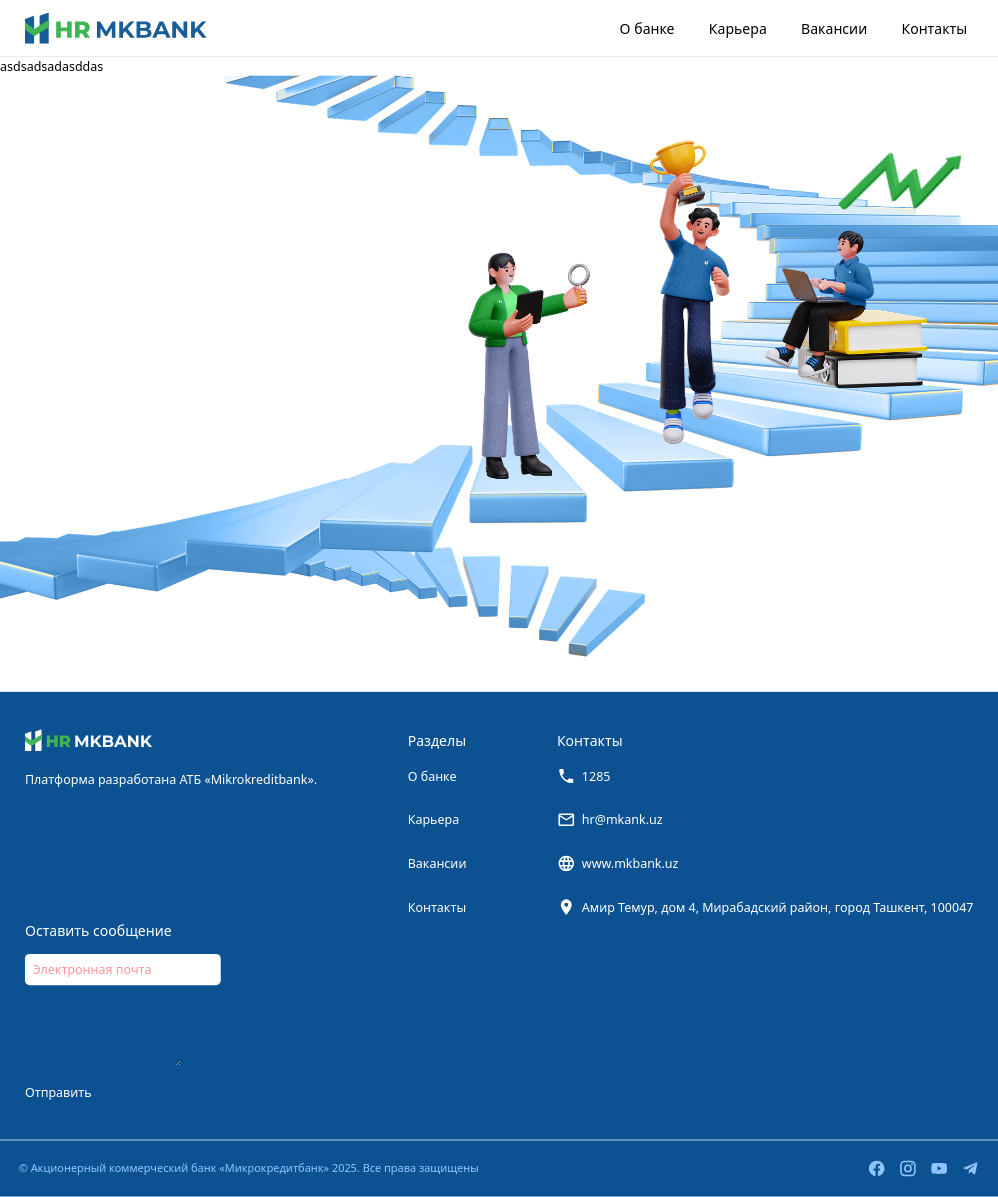
Repository: Albert24-Front-end/hr_mkbank-main
Page: /
An editor plug-in stored every save of this project. The page is shown before and after the next save, followed by the edit.
The browser window is 1280 px wide. The pictures show the whole page, at 78% of full size.
The project was rebuilt for these pictures with package versions that can differ from the ones it lists, and the page was loaded fresh each time. Also part of the build but not shown: vite.config.js.

Above is the page before, as saved 2025-05-07 14:34:23.

### index.html
<!DOCTYPE html>
<html lang="">
  <head>
    <meta charset="UTF-8">
    <link rel="icon" href="/favicon.ico">
    <meta name="viewport" content="width=device-width, initial-scale=1.0">
    <title>HR MKBank</title>
  </head>
  <body>
    <div id="app"></div>
    <script type="module" src="/src/main.js"></script>
  </body>
</html>

### src/main.js
import '@/styles/main.css'

import { createApp } from 'vue'
import { introducePlugins } from './plugins'
import App from '@/App.vue'

const app = createApp(App)

introducePlugins(app)

app.mount('#app')

### src/plugins/index.js
import { createPinia } from 'pinia'
import router from '@/router'

export function introducePlugins(app) {
    app
    .use(createPinia())
    .use(router)
}

### src/App.vue
<script setup>
import { RouterLink, RouterView } from 'vue-router'
import AppBar from './components/AppBar.vue'
import AppFooter from './components/AppFooter.vue'

</script>

<template>
  <!-- <header>
    <img alt="Vue logo" class="logo" src="@/assets/logo.svg" width="125" height="125" />

    <div class="wrapper">
      <HelloWorld msg="You did it!" />

      <nav>
        <RouterLink to="/">Home</RouterLink>
        <RouterLink to="/about">About</RouterLink>
      </nav>
    </div>
  </header>

  <RouterView /> -->
  <AppBar/>
  <main>asdsadsadasddas
    <img src="./assets/pictures/intro-bg.png" alt="">
  </main>
  <AppFooter></AppFooter>
</template>

<style scoped>

</style>

### src/router/index.js
import { createRouter, createWebHistory } from 'vue-router'
import App from '@/App.vue'

const router = createRouter({
  history: createWebHistory(import.meta.env.BASE_URL),
  routes: [
    {
      path: '/',
      name: 'home',
      component: App,
    },
    {
      path: '/about',
      name: 'about',
      // route level code-splitting
      // this generates a separate chunk (About.[hash].js) for this route
      // which is lazy-loaded when the route is visited.
      // component: () => import(),
    },
  ],
})

export default router

### src/components/AppBar.vue
<script setup>
import { onBeforeMount, onMounted, ref } from 'vue';
    const isMenuOpen = ref(false);
    const toggleMenu = () => {
        isMenuOpen.value = !isMenuOpen.value;
    }
    const closeMenu = () =>{
        isMenuOpen.value = false;
    }
    const handleWidth = () =>{
        if(window.innerWidth >= 768) {
            closeMenu();
        }
    }
    onMounted(()=>{
        window.addEventListener('resize', handleWidth)
    });
    onBeforeMount(()=>{
        window.removeEventListener('resize', handleWidth)
    });
</script>

<template>
    <nav class="container w-full mx-auto px-4 sm:px-6 lg:px-8 py-4 border-b border-gray-200 flex justify-between items-center">
        <div class="flex items-center">
                <a href="/" aria-current="page"><img src="../assets/pictures/logo_2.svg" alt="logo" class="h-10 w-auto"></a>
        </div>
        <div class="desktop-menu hidden md:flex">
            <ul class=" w-full flex justify-between items-center gap-3 md:gap-5 lg:gap-7 text-base lg:text-lg">
                <li class="py-1 px-2 hover:cursor-pointer hover:bg-sky-100 rounded-lg"><a href="https://mkbank.uz/ru/about/">О банке</a></li>
                <li class="py-1 px-2 hover:cursor-pointer hover:bg-sky-100 rounded-lg"><a href="">Карьера</a></li>
                <li class="py-1 px-2 hover:cursor-pointer hover:bg-sky-100 rounded-lg"><a href="">Вакансии</a></li>
                <li class="py-1 px-2 hover:cursor-pointer hover:bg-sky-100 rounded-lg"><a href="">Контакты</a></li>
            </ul>
        </div>
        <div class="burger-menu-button md:hidden mt-2">
            <button @click="toggleMenu">
                <span><svg xmlns="http://www.w3.org/2000/svg" width="24" height="24" viewBox="0 0 24 24"><path fill="oklch(72.3% 0.219 149.579)" d="M3 6h18v2H3zm0 5h18v2H3zm0 5h18v2H3z"/></svg></span>
            </button>
        </div>
        <div class="mobile-menu  flex-column md-hidden absolute top-3 right-3 px-3 py-3 bg-slate-50" v-if="isMenuOpen">
            <button class="flex justify-self-end" @click="closeMenu">
                <span>
                    <svg xmlns="http://www.w3.org/2000/svg" width="24" height="24" viewBox="0 0 24 24"><path fill="oklch(72.3% 0.219 149.579)" d="M19 6.41L17.59 5L12 10.59L6.41 5L5 6.41L10.59 12L5 17.59L6.41 19L12 13.41L17.59 19L19 17.59L13.41 12z"/></svg>
                </span>
            </button>
            <ul class=" w-full flex-column justify-between items-center gap-3 md:gap-5 lg:gap-7 py-6 text-base lg:text-lg ">
                <li class="py-4 px-2 hover:cursor-pointer hover:bg-sky-100 rounded-lg font-xl"><a href="https://mkbank.uz/ru/about/">О банке</a></li>
                <li class="py-4 px-2 hover:cursor-pointer hover:bg-sky-100 rounded-lg font-xl"><a href="">Карьера</a></li>
                <li class="py-4 px-2 hover:cursor-pointer hover:bg-sky-100 rounded-lg font-xl"><a href="">Вакансии</a></li>
                <li class="py-4 px-2 hover:cursor-pointer hover:bg-sky-100 rounded-lg font-xl"><a href="">Контакты</a></li>
            </ul>
        </div>
    </nav>
</template>

<style scoped>

</style>

### src/components/AppFooter.vue
<script setup>

</script>

<template>
    <footer class="footer">
        <div class="container w-full mx-auto px-4 sm:px-6 lg:px-8 py-12 flex justify-between items-start flex-wrap">
            <div class="space-y-4 md:space-y-6">
                <a href="/" class="block"><img src="../assets/pictures/footer-logo.svg" alt="footer-logo"></a>
                <p class="text-base">Платформа разработана АТБ «Mikrokreditbank».</p>
            </div>
            <div>
                <h3 class="text-bold text-lg mb-4">Разделы</h3>
                <ul class="space-y-4 md:space-y-6 text-base">
                    <li class="hover:cursor-pointer hover:underline py-1"><a href="https://mkbank.uz/ru/about/">О банке</a></li>
                    <li class="hover:cursor-pointer hover:underline py-1"><a href="">Карьера</a></li>
                    <li class="hover:cursor-pointer hover:underline py-1"><a href="">Вакансии</a></li>
                    <li class="hover:cursor-pointer hover:underline py-1"><a href="">Контакты</a></li>
                </ul>
            </div>
            <div>
                <h3 class="text-bold text-lg mb-4">Контакты</h3>
                <ul class="space-y-4 md:space-y-6 text-base">
                    <li class="hover:cursor-pointer hover:underline py-1 flex gap-2">
                        <span><svg xmlns="http://www.w3.org/2000/svg" width="24" height="24" viewBox="0 0 24 24"><path fill="currentColor" d="M6.62 10.79c1.44 2.83 3.76 5.15 6.59 6.59l2.2-2.2c.28-.28.67-.36 1.02-.25c1.12.37 2.32.57 3.57.57a1 1 0 0 1 1 1V20a1 1 0 0 1-1 1A17 17 0 0 1 3 4a1 1 0 0 1 1-1h3.5a1 1 0 0 1 1 1c0 1.25.2 2.45.57 3.57c.11.35.03.74-.25 1.02z"/></svg></span>
                        <a class="" href="tel:1285">1285</a>
                    </li>
                    <li class="hover:cursor-pointer hover:underline py-1 flex gap-2">
                        <span><svg xmlns="http://www.w3.org/2000/svg" width="24" height="24" viewBox="0 0 24 24"><path fill="currentColor" d="M22 6c0-1.1-.9-2-2-2H4c-1.1 0-2 .9-2 2v12c0 1.1.9 2 2 2h16c1.1 0 2-.9 2-2zm-2 0l-8 5l-8-5zm0 12H4V8l8 5l8-5z"/></svg></span>
                        <a href="https://t.me/hrmkbank">hr@mkank.uz</a></li>
                    <li class="hover:cursor-pointer hover:underline py-1 flex gap-2">
                        <span><svg xmlns="http://www.w3.org/2000/svg" width="24" height="24" viewBox="0 0 24 24"><path fill="currentColor" d="M16.36 14c.08-.66.14-1.32.14-2s-.06-1.34-.14-2h3.38c.16.64.26 1.31.26 2s-.1 1.36-.26 2m-5.15 5.56c.6-1.11 1.06-2.31 1.38-3.56h2.95a8.03 8.03 0 0 1-4.33 3.56M14.34 14H9.66c-.1-.66-.16-1.32-.16-2s.06-1.35.16-2h4.68c.09.65.16 1.32.16 2s-.07 1.34-.16 2M12 19.96c-.83-1.2-1.5-2.53-1.91-3.96h3.82c-.41 1.43-1.08 2.76-1.91 3.96M8 8H5.08A7.92 7.92 0 0 1 9.4 4.44C8.8 5.55 8.35 6.75 8 8m-2.92 8H8c.35 1.25.8 2.45 1.4 3.56A8 8 0 0 1 5.08 16m-.82-2C4.1 13.36 4 12.69 4 12s.1-1.36.26-2h3.38c-.08.66-.14 1.32-.14 2s.06 1.34.14 2M12 4.03c.83 1.2 1.5 2.54 1.91 3.97h-3.82c.41-1.43 1.08-2.77 1.91-3.97M18.92 8h-2.95a15.7 15.7 0 0 0-1.38-3.56c1.84.63 3.37 1.9 4.33 3.56M12 2C6.47 2 2 6.5 2 12a10 10 0 0 0 10 10a10 10 0 0 0 10-10A10 10 0 0 0 12 2"/></svg></span>
                        <a href="https://mkbank.uz/">www.mkbank.uz</a></li>
                    <li class="hover:cursor-pointer hover:underline py-1 flex gap-2">
                        <span><svg xmlns="http://www.w3.org/2000/svg" width="24" height="24" viewBox="0 0 24 24"><path fill="currentColor" d="M12 11.5A2.5 2.5 0 0 1 9.5 9A2.5 2.5 0 0 1 12 6.5A2.5 2.5 0 0 1 14.5 9a2.5 2.5 0 0 1-2.5 2.5M12 2a7 7 0 0 0-7 7c0 5.25 7 13 7 13s7-7.75 7-13a7 7 0 0 0-7-7"/></svg></span>
                        <a href="https://www.google.com/maps/place/MKBANK/@41.3100777,69.2753101,17z/data=!3m1!4b1!4m6!3m5!1s0x38ae8ba594d8c345:0x7147eb21a3155320!8m2!3d41.3100737!4d69.277885!16s%2Fg%2F11jsf6rjyd?entry=ttu&g_ep=EgoyMDI1MDQzMC4xIKXMDSoASAFQAw%3D%3D">Амир Темур, дом 4, Мирабадский район, город Ташкент, 100047</a></li>
                </ul>
            </div>
            <div>
                <h3 class="text-bold text-lg mb-4">Оставить сообщение</h3>
                <form class="space-y-4">
                    <div class="w-full inline-flex items-center rounded-md  bg-white">
                        <input type="email" value placeholder="Электронная почта" class="w-full rounder-md border-0 px-2.5 py-2 focus:outline-none bg-default text-base text-red-500 disabled:cursor-not-allowed disabled:opacity-75">
                    </div>
                    <div><input type="text"></div>
                    <div><textarea name="" id=""></textarea></div>
                    <button type="button">Отправить</button>
                </form>
            </div>
        </div>
        <div class="w-full flex justify-center items-center text-center" data-orientation="horizontal" role="separator">
            <div class="w-full border-gray-200 border-solid border-b"></div>
        </div>
        <div class="container w-full mx-auto flex flex-col md:flex-row justify-between items-center px-6 py-6 text-sm text-blue-300">
            <span class="text-center md:text-left">&copy; Акционерный коммерческий банк «Микрокредитбанк» 2025. Все права защищены</span>
            <div class="social-links flex gap-4 mt-4 md:mt-0">
                <span><a href="https://www.facebook.com/mkbank.uz"><svg xmlns="http://www.w3.org/2000/svg" width="24" height="24" viewBox="0 0 24 24"><path fill="currentColor" d="M12 2.04c-5.5 0-10 4.49-10 10.02c0 5 3.66 9.15 8.44 9.9v-7H7.9v-2.9h2.54V9.85c0-2.51 1.49-3.89 3.78-3.89c1.09 0 2.23.19 2.23.19v2.47h-1.26c-1.24 0-1.63.77-1.63 1.56v1.88h2.78l-.45 2.9h-2.33v7a10 10 0 0 0 8.44-9.9c0-5.53-4.5-10.02-10-10.02"/></svg></a></span>
                <span><a href="https://www.instagram.com/mkbank.uz"><svg xmlns="http://www.w3.org/2000/svg" width="24" height="24" viewBox="0 0 24 24"><path fill="currentColor" d="M7.8 2h8.4C19.4 2 22 4.6 22 7.8v8.4a5.8 5.8 0 0 1-5.8 5.8H7.8C4.6 22 2 19.4 2 16.2V7.8A5.8 5.8 0 0 1 7.8 2m-.2 2A3.6 3.6 0 0 0 4 7.6v8.8C4 18.39 5.61 20 7.6 20h8.8a3.6 3.6 0 0 0 3.6-3.6V7.6C20 5.61 18.39 4 16.4 4zm9.65 1.5a1.25 1.25 0 0 1 1.25 1.25A1.25 1.25 0 0 1 17.25 8A1.25 1.25 0 0 1 16 6.75a1.25 1.25 0 0 1 1.25-1.25M12 7a5 5 0 0 1 5 5a5 5 0 0 1-5 5a5 5 0 0 1-5-5a5 5 0 0 1 5-5m0 2a3 3 0 0 0-3 3a3 3 0 0 0 3 3a3 3 0 0 0 3-3a3 3 0 0 0-3-3"/></svg></a></span>
                <span><a href="https://www.youtube.com/@mkbankuz"><svg xmlns="http://www.w3.org/2000/svg" width="24" height="24" viewBox="0 0 24 24"><path fill="currentColor" d="m10 15l5.19-3L10 9zm11.56-7.83c.13.47.22 1.1.28 1.9c.07.8.1 1.49.1 2.09L22 12c0 2.19-.16 3.8-.44 4.83c-.25.9-.83 1.48-1.73 1.73c-.47.13-1.33.22-2.65.28c-1.3.07-2.49.1-3.59.1L12 19c-4.19 0-6.8-.16-7.83-.44c-.9-.25-1.48-.83-1.73-1.73c-.13-.47-.22-1.1-.28-1.9c-.07-.8-.1-1.49-.1-2.09L2 12c0-2.19.16-3.8.44-4.83c.25-.9.83-1.48 1.73-1.73c.47-.13 1.33-.22 2.65-.28c1.3-.07 2.49-.1 3.59-.1L12 5c4.19 0 6.8.16 7.83.44c.9.25 1.48.83 1.73 1.73"/></svg></a></span>
                <span><a href="https://t.me/mkbankuz"><svg xmlns="http://www.w3.org/2000/svg" width="24" height="24" viewBox="0 0 24 24"><path d="M9.78 18.65l.28-4.23l7.68-6.92c.34-.31-.07-.46-.52-.19L7.74 13.3L3.64 12c-.88-.25-.89-.86.2-1.3l15.97-6.16c.73-.33 1.43.18 1.15 1.3l-2.72 12.81c-.19.91-.74 1.13-1.5.71L12.6 16.3l-1.99 1.93c-.23.23-.42.42-.83.42z" fill="currentColor"/></svg></a></span>
            </div>
        </div>
    </footer>
</template>

<style scoped>
    .footer {
        background-color: #0c5292;
        color: #fff;
        /* position: fixed;
        bottom: 0; */
        width: 100%;
    }
</style>

Loaded but not shown: src/styles/main.css (common file)

After the next save:
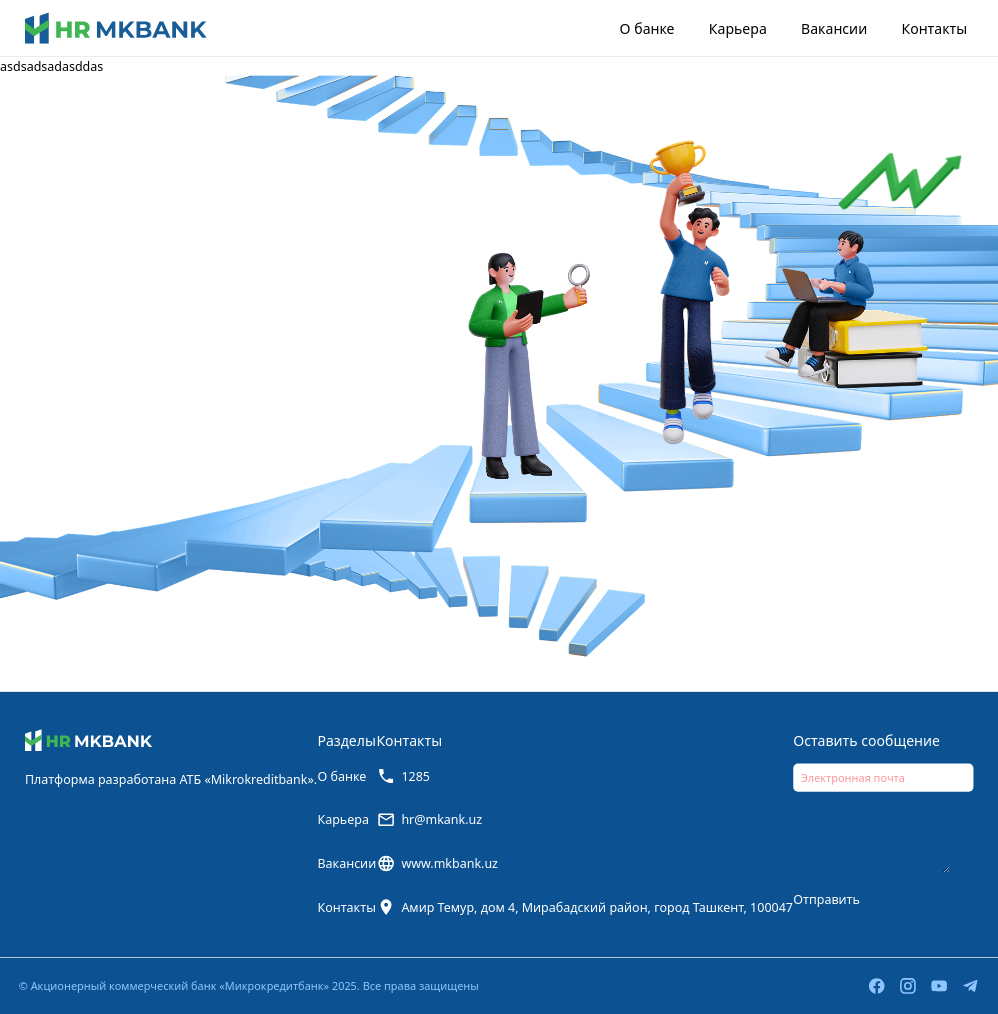
Saved 8 s later.
--- a/src/components/AppFooter.vue
+++ b/src/components/AppFooter.vue
@@ -40,7 +40,7 @@
                 <h3 class="text-bold text-lg mb-4">Оставить сообщение</h3>
                 <form class="space-y-4">
                     <div class="w-full inline-flex items-center rounded-md  bg-white">
-                        <input type="email" value placeholder="Электронная почта" class="w-full rounder-md border-0 px-2.5 py-2 focus:outline-none bg-default text-base text-red-500 disabled:cursor-not-allowed disabled:opacity-75">
+                        <input type="email" value placeholder="Электронная почта" class="w-full rounder-md border-0 px-2.5 py-2 focus:outline-none bg-default text-sm text-red-500 disabled:cursor-not-allowed disabled:opacity-75">
                     </div>
                     <div><input type="text"></div>
                     <div><textarea name="" id=""></textarea></div>

After the save that followed:
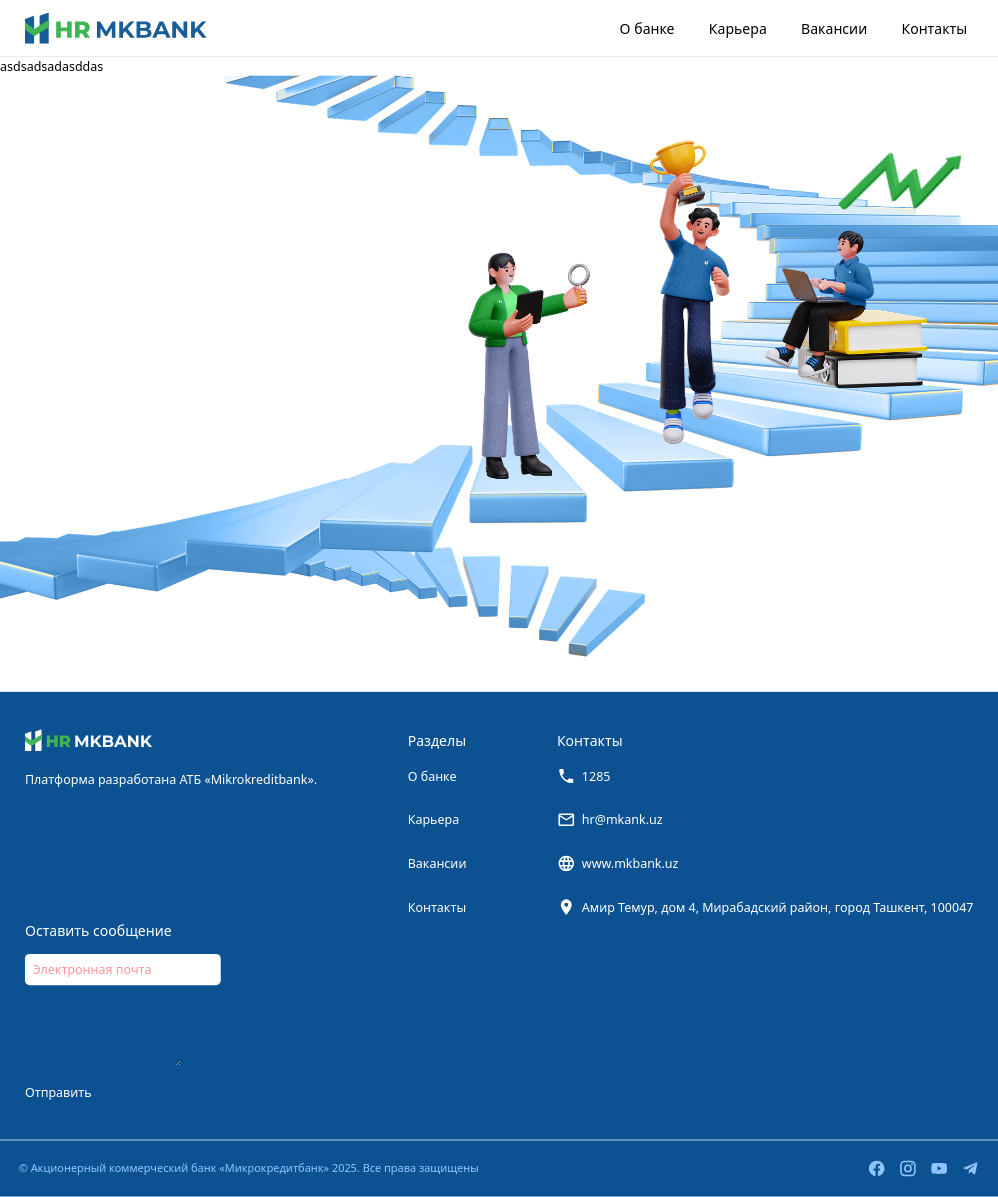
Saved 61 s later.
--- a/src/components/AppFooter.vue
+++ b/src/components/AppFooter.vue
@@ -40,7 +40,7 @@
                 <h3 class="text-bold text-lg mb-4">Оставить сообщение</h3>
                 <form class="space-y-4">
                     <div class="w-full inline-flex items-center rounded-md  bg-white">
-                        <input type="email" value placeholder="Электронная почта" class="w-full rounder-md border-0 px-2.5 py-2 focus:outline-none bg-default text-sm text-red-500 disabled:cursor-not-allowed disabled:opacity-75">
+                        <input type="email" value placeholder="Электронная почта" class="w-full rounder-md border-0 px-2.5 py-2 focus:outline-none bg-default text-base text-red-500 disabled:cursor-not-allowed disabled:opacity-75">
                     </div>
                     <div><input type="text"></div>
                     <div><textarea name="" id=""></textarea></div>
